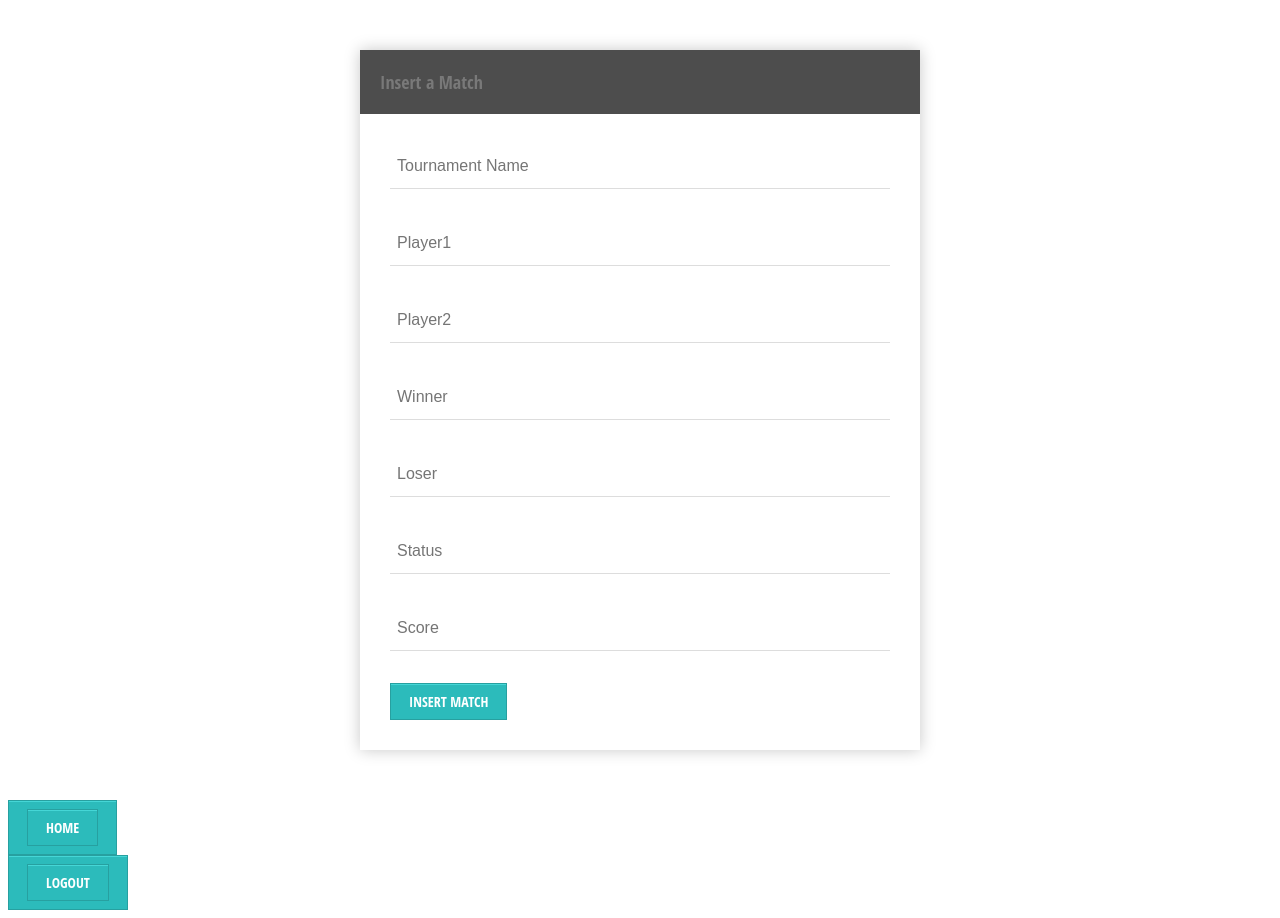
Repository: prm2711/javaapps
Page: http://localhost/Tournament/insertmatch.jsp
An editor plug-in stored every save of this project. The page is shown before and after the next save, followed by the edit.
The browser window is 1280 px wide. The pictures show the whole page.
The page is served by Tomcat 9. Nobody is signed in. The application's start-up code is not run. Other server files are loaded and not shown.

Above is the page before, as saved 2018-01-23 06:37:49.

### eclipse-workspace/Tournament/WebContent/insertmatch.jsp
<%@ page language="java" contentType="text/html; charset=ISO-8859-1"
	pageEncoding="ISO-8859-1"%>
<!DOCTYPE html PUBLIC "-//W3C//DTD HTML 4.01 Transitional//EN" "http://www.w3.org/TR/html4/loose.dtd">
<html>
<head>
<meta http-equiv="Content-Type" content="text/html; charset=ISO-8859-1">
<title>Insert Match</title>
<link rel="stylesheet" type="text/css" href="css/insertpage.css">

</head>
<body>
	<form method="post" action="InsertMatchServlet" class="insert-form">
	<h2>Insert a Match</h2>
		<input type="text" name="tourname" placeholder="Tournament Name" /><br>
		<input type="text" name="player1" placeholder="Player1" /><br>
		<input type="text" name="player2" placeholder="Player2" /><br>
		<input type="text" name="winner" placeholder="Winner" /><br> <input
			type="text" name="loser" placeholder="Loser" /><br> <input
			type="text" name="status" placeholder="Status" /><br> <input
			type="text" name="score" placeholder="Score" /><br> <input
			class="submitButton" type="submit" value="Insert Match">
	</form>
	<form method="post" action="home.jsp" class="homeButton">
		<input class="submitButton" type="submit" value="Home">
	</form><br>
	<form method="post" action="LogoutServlet" class="logoutButton">
		<input class="submitButton" type="submit" value="Logout">
	</form>
</body>
</html>

### eclipse-workspace/Tournament/WebContent/css/insertpage.css
@charset "ISO-8859-1";
.insert-form {
    font-family: 'Open Sans Condensed', arial, sans;
    width: 500px;
    padding: 30px;
    background: #FFFFFF;
    margin: 50px auto;
    box-shadow: 0px 0px 15px rgba(0, 0, 0, 0.22);
}

.insert-form h2 {
    background: #4D4D4D;
    font-family: 'Open Sans Condensed', sans-serif;
    color: #797979;
    font-size: 18px;
    font-weight: 100;
    padding: 20px;
    margin: -30px -30px 30px -30px;
}

.insert-form input[type="text"] {
    box-sizing: border-box;
    outline: none;
    display: block;
    width: 100%;
    padding: 7px;
    border: none;
    border-bottom: 1px solid #ddd;
    background: transparent;
    margin-bottom: 10px;
    font: 16px Arial, Helvetica, sans-serif;
    height: 45px;
}

.submitButton,.homeButton,.logoutButton {
    box-shadow: inset 0px 1px 0px 0px #45D6D6;
    background-color: #2CBBBB;
    border: 1px solid #27A0A0;
    display: inline-block;
    cursor: pointer;
    color: #FFFFFF;
    font-family: 'Open Sans Condensed', sans-serif;
    font-size: 14px;
    padding: 8px 18px;
    text-decoration: none;
    text-transform: uppercase;
    margin: 0 auto;
}

.submitButton:hover {
    background:linear-gradient(to bottom, #34CACA 5%, #30C9C9 100%);
    background-color:#34CACA;
}

After the next save:
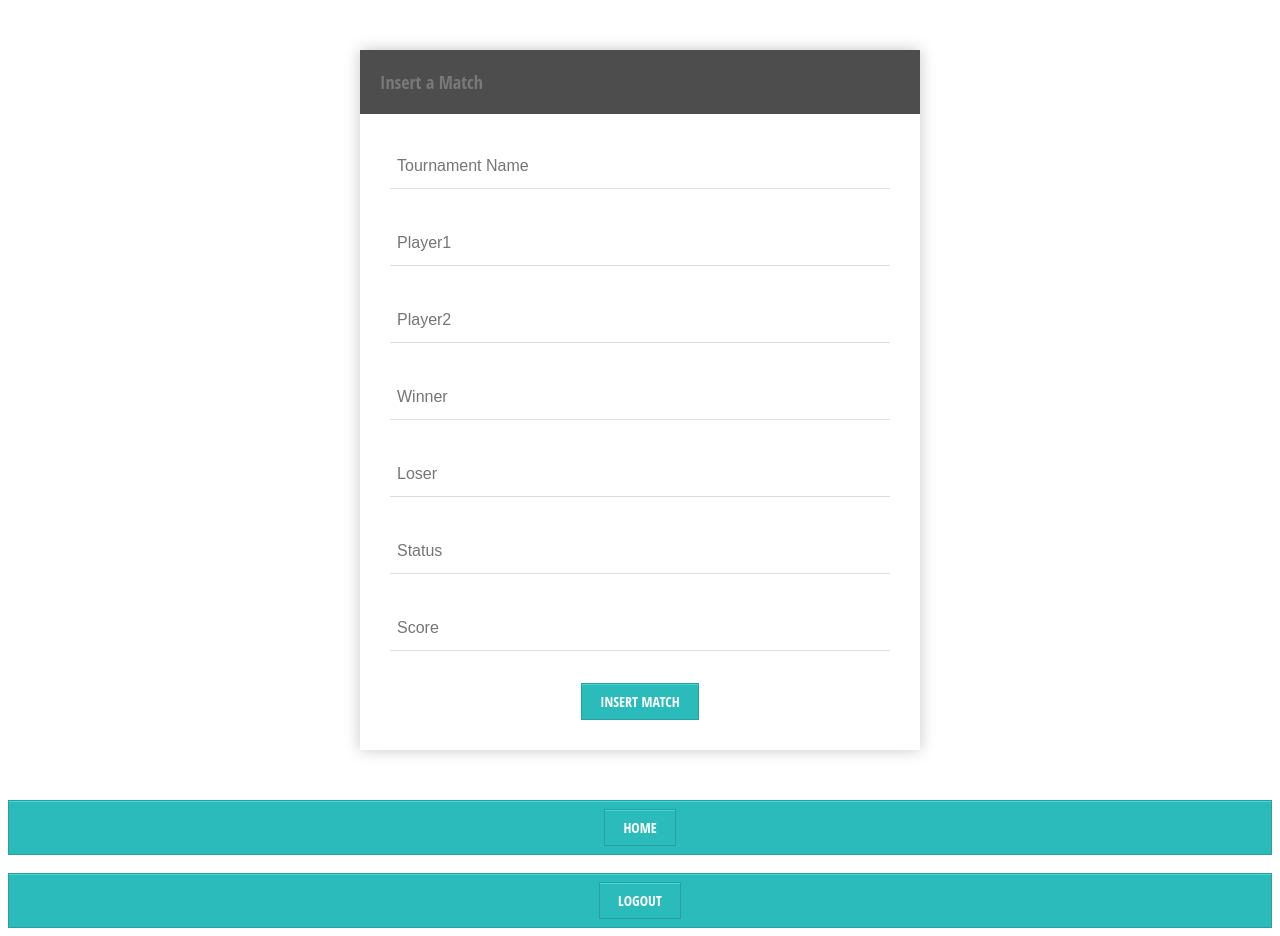
Saved 55 s later.
--- a/eclipse-workspace/Tournament/WebContent/css/insertpage.css
+++ b/eclipse-workspace/Tournament/WebContent/css/insertpage.css
@@ -36,7 +36,7 @@
     box-shadow: inset 0px 1px 0px 0px #45D6D6;
     background-color: #2CBBBB;
     border: 1px solid #27A0A0;
-    display: inline-block;
+    display: block;
     cursor: pointer;
     color: #FFFFFF;
     font-family: 'Open Sans Condensed', sans-serif;
@@ -47,6 +47,10 @@
     margin: 0 auto;
 }
 
+.homeButton,.logoutButton {
+
+}
+
 .submitButton:hover {
     background:linear-gradient(to bottom, #34CACA 5%, #30C9C9 100%);
     background-color:#34CACA;
